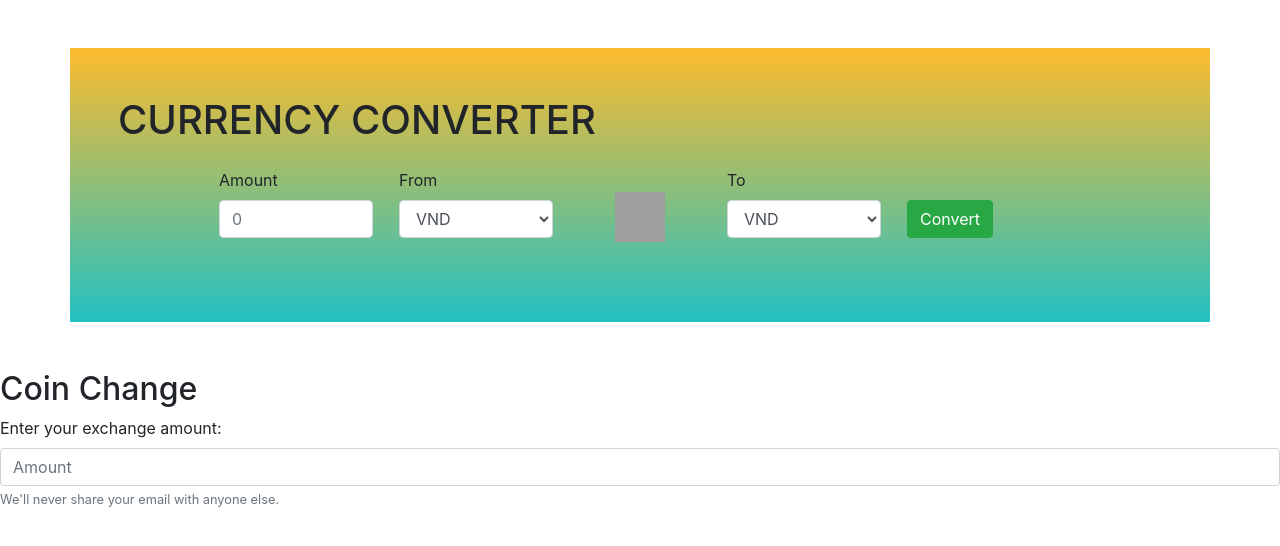
Repository: tts2610/MoneyConverter
Page: index.html
The author's editor kept a copy of each file at every save. The page is drawn from the files as they stood at one save, then again after the next save.
The browser window is 1280 px wide. The pictures show the whole page.
Pictures or frames that could not be fetched are drawn as grey boxes.

Above is the page before, as saved 2020-05-12 11:27:25.

After the next save:
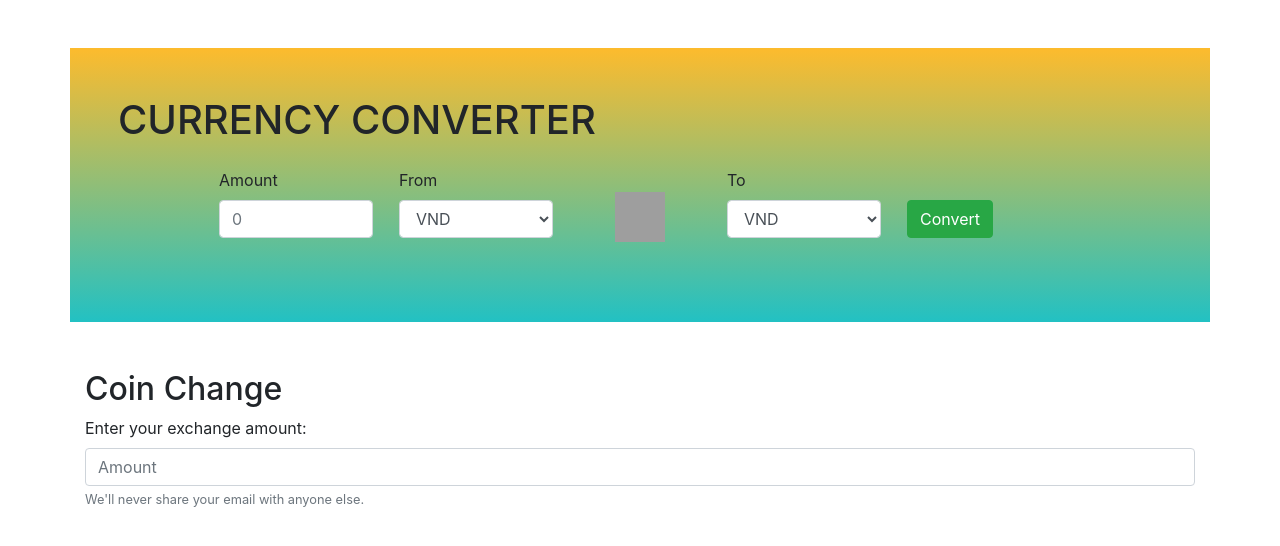
Saved 28 s later.
--- a/index.html
+++ b/index.html
@@ -51,8 +51,8 @@
         <p id="result" style="color:deeppink; font-weight: 700; font-size: xxx-large; text-align: center;"></p>
     </form>
 
-    <h2>Coin Change</h2>
-    <form>
+    <h2 class="container">Coin Change</h2>
+    <form class="container">
         <div class="form-group">
             <label for="exampleInputEmail1">Enter your exchange amount:</label>
             <input type="number" class="form-control" id="exampleInputEmail1" aria-describedby="emailHelp" placeholder="Amount">
